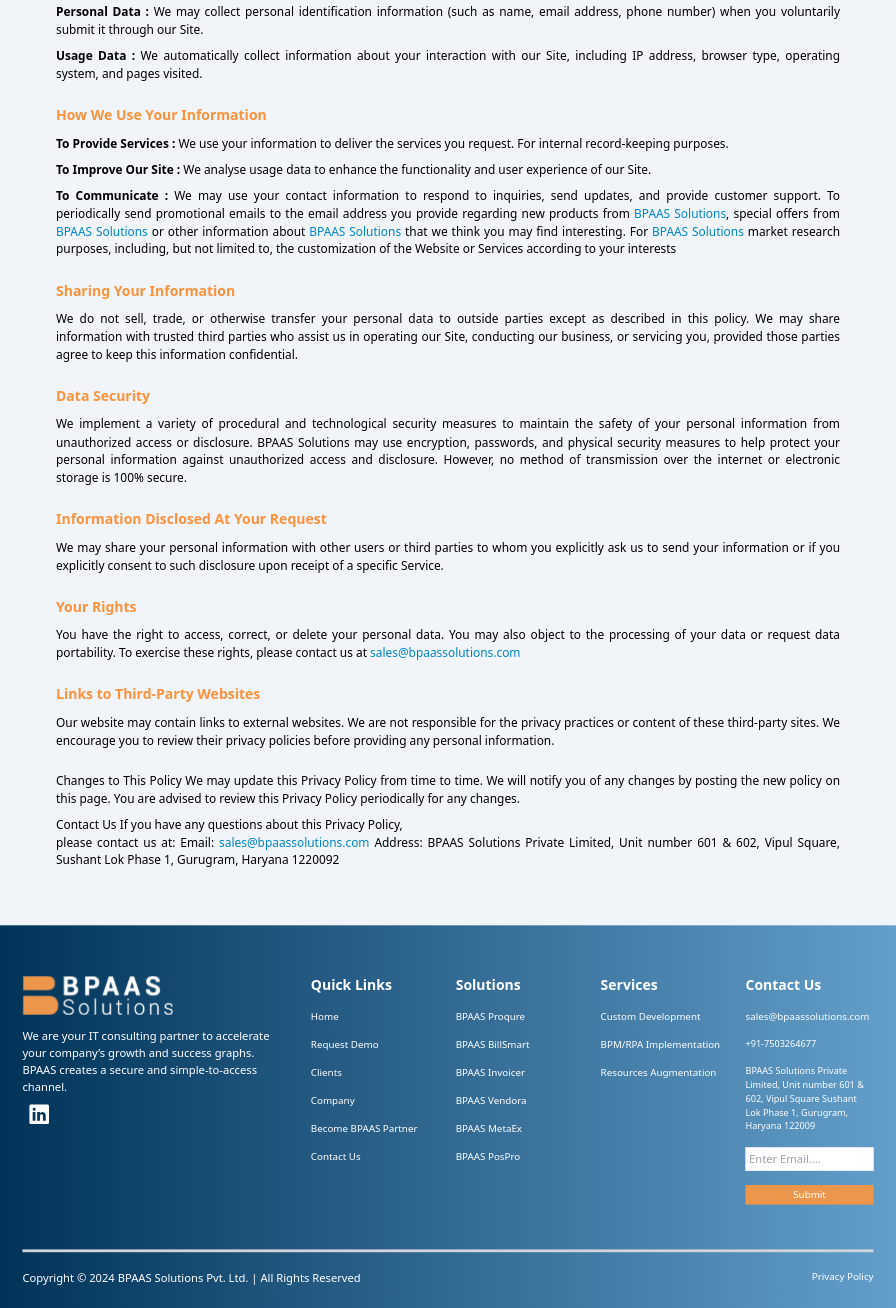
Repository: captainalpha/BP-Website
Page: /services/bp-services
An editor plug-in stored every save of this project. The page is shown before and after the next save, followed by the edit.
The browser window is 1280 px wide. The pictures show the part of the page from y = 1057 to 2977 px (the page is 2926 px tall before and 2977 px after), at 70% of full size.
The project was rebuilt for these pictures with package versions that can differ from the ones it lists, and the page was loaded fresh each time. The framework's server and built-in components were replaced by stand-ins that run in the browser. Also part of the build but not shown: next.config.js, components/common/TopBanner.js, components/common/SectionHeader.js.

Above is the page before, as saved 2024-08-13 16:08:30.

### pages/_app.js
import Navbar from "../components/common/Navbar";
import "../styles/globals.css";
import Footer from "../components/common/Footer";

import "swiper/css";
import "swiper/css/navigation";
import "swiper/css/pagination";



import { motion, AnimatePresence } from "framer-motion";
import CookiesMain from "../components/common/CookiesMain";

// import styles from './slider.module.scss'
function MyApp({ Component, pageProps, router }) {
  const spring = {
    type: "spring",
    damping: 20,
    stiffness: 100,
    when: "afterChildren",
  };
  return (
    <>
      <div className="z-50 scroll-smooth">
        <Navbar />
      </div>
      <AnimatePresence>
        <div className="page-transition-wrapper">
          <motion.div
            transition={spring}
            key={router.pathname}
            initial={{ y: -300, opacity: 0 }}
            animate={{ y: 0, opacity: 1 }}
            exit={{ y: 300, opacity: 0 }}
            id="page-transition-container"
          >
            <Component {...pageProps} /> <Footer />{" "}
            <CookiesMain/>
          </motion.div>
        </div>
      </AnimatePresence>
    </>
  );
}

export default MyApp;

### pages/services/bp-services.js
import TopBanner from "../../components/common/TopBanner";
import SectionHeader from "../../components/common/SectionHeader";
import TopBanner2 from "../../components/common/TopBanner2";
import Image from "next/image";
import Link from "next/link";

function BpServices() {
  return (
    <div>
      <div className="relative">
        <TopBanner2
          image={"/images/policy-service2.jpg"}
          title="Privacy Policy"
          discription="This Privacy Policy explains how we collect, use, disclose, and safeguard your information when you visit our website."
          btnShow={false}
        />
        <div className="absolute top-[1em] right-[10em]">
          <Image
            src="/images/privacypolicy2.png"
            className="w-1/2 mx-auto"
            width="500"
            height="500"
            alt="customer-developement"
          />
        </div>
      </div>

      <div className=" bg-slate-100  p-[5em]">
        <div className="container mx-auto max-w-6xl">
          <div className="text-left">
            <h1 className="lg:text-4xl text-3xl font-bold capitalize ">
              <span>Privacy</span>{" "}
              <span className="text-[#fb923c]">Statement</span>
            </h1>
          </div>

          <div className="mt-5">
            <p className="text-[17px] text-justify">
              Effective Date: 12th Aug 2024 <br />
              <br /> BPAAS Solutions Pvt. Ltd. (&ldquo;we,&rdquo;
              &ldquo;our,&rdquo; &ldquo;us&rdquo;) is committed to protecting
              your privacy. This Privacy Policy explains how we collect, use,
              disclose, and safeguard your information when you visit our
              website&nbsp;
              <Link passHref href="/">
                <a className="text-sky-600 hover:text-[#fb923c]">
                  bpaassolutions.com
                </a>
              </Link>
              . Please read this policy carefully to understand our views and
              practices regarding your personal data.
            </p>
          </div>

          <div className="mt-[2em]">
            <h1 className="text-[20px] font-bold text-[#fb923c]">
              Information We Collect
            </h1>
            <p className="text-[17px] text-justify mt-3">
              &ldquo;Personal data&rdquo; is defined to include information that
              whether on its own or in combination with other information may be
              used to readily identify or contact you such as: name, address,
              email address, phone number etc.
            </p>
            <p className="text-[17px] text-justify mt-3">
              <b>Personal Data :</b> We may collect personal identification
              information (such as name, email address, phone number) when you
              voluntarily submit it through our Site.
            </p>
            <p className="text-[17px] text-justify mt-3">
              <b>Usage Data :</b> We automatically collect information about
              your interaction with our Site, including IP address, browser
              type, operating system, and pages visited.
            </p>
          </div>

          <div className="mt-[2em]">
            <h1 className="text-[20px] font-bold text-[#fb923c]">
              How We Use Your Information
            </h1>
            <p className="text-[17px] text-justify mt-3">
              <b>To Provide Services :</b> We use your information to deliver
              the services you request. For internal record-keeping purposes.
            </p>
            <p className="text-[17px] text-justify mt-3">
              <b>To Improve Our Site :</b> We analyse usage data to enhance the
              functionality and user experience of our Site.
            </p>
            <p className="text-[17px] text-justify mt-3">
              <b>To Communicate :</b> We may use your contact information to
              respond to inquiries, send updates, and provide customer support.
              To periodically send promotional emails to the email address you
              provide regarding new products from&nbsp;
              <Link passHref href="/">
                <a className="text-sky-600 hover:text-[#fb923c]">
                  BPAAS Solutions
                </a>
              </Link>
              , special offers from{" "}
              <Link passHref href="/">
                <a className="text-sky-600 hover:text-[#fb923c]">
                  BPAAS Solutions
                </a>
              </Link>{" "}
              or other information about&nbsp;
              <Link passHref href="/">
                <a className="text-sky-600 hover:text-[#fb923c]">
                  BPAAS Solutions
                </a>
              </Link>{" "}
              that we think you may find interesting. For{" "}
              <Link passHref href="/">
                <a className="text-sky-600 hover:text-[#fb923c]">
                  BPAAS Solutions
                </a>
              </Link>{" "}
              market research purposes, including, but not limited to, the
              customization of the Website or Services according to your
              interests
            </p>
          </div>

          <div className="mt-[2em]">
            <h1 className="text-[20px] font-bold text-[#fb923c]">
              Sharing Your Information
            </h1>
            <p className="text-[17px] text-justify mt-3">
              We do not sell, trade, or otherwise transfer your personal data to
              outside parties except as described in this policy. We may share
              information with trusted third parties who assist us in operating
              our Site, conducting our business, or servicing you, provided
              those parties agree to keep this information confidential.
            </p>
          </div>

          <div className="mt-[2em]">
            <h1 className="text-[20px] font-bold text-[#fb923c]">
              Data Security
            </h1>
            <p className="text-[17px] text-justify mt-3">
              We implement a variety of procedural and technological security
              measures to maintain the safety of your personal information from
              unauthorized access or disclosure. BPAAS Solutions may use
              encryption, passwords, and physical security measures to help
              protect your personal information against unauthorized access and
              disclosure. However, no method of transmission over the internet
              or electronic storage is 100% secure.
            </p>
          </div>

          <div className="mt-[2em]">
            <h1 className="text-[20px] font-bold text-[#fb923c]">
              Information Disclosed At Your Request
            </h1>
            <p className="text-[17px] text-justify mt-3">
              We may share your personal information with other users or third
              parties to whom you explicitly ask us to send your information or
              if you explicitly consent to such disclosure upon receipt of a
              specific Service.
            </p>
          </div>

          <div className="mt-[2em]">
            <h1 className="text-[20px] font-bold text-[#fb923c]">
              Your Rights
            </h1>
            <p className="text-[17px] text-justify mt-3">
              You have the right to access, correct, or delete your personal
              data. You may also object to the processing of your data or
              request data portability. To exercise these rights, please contact
              us at&nbsp;
              <a
                className="text-sky-600 hover:text-[#fb923c]"
                href="mailto:sales@bpaassolutions.com"
              >
                sales@bpaassolutions.com
              </a>
            </p>
          </div>

          <div className="mt-[2em]">
            <h1 className="text-[20px] font-bold text-[#fb923c]">
              Links to Third-Party Websites
            </h1>
            <p className="text-[17px] text-justify mt-3">
              Our website may contain links to external websites. We are not
              responsible for the privacy practices or content of these
              third-party sites. We encourage you to review their privacy
              policies before providing any personal information.
            </p>
          </div>

          <div className="mt-[2em]">
            <p className="text-[17px] text-justify mt-3">
              Changes to This Policy We may update this Privacy Policy from time
              to time. We will notify you of any changes by posting the new
              policy on this page. You are advised to review this Privacy Policy
              periodically for any changes.
            </p>
            <p className="text-[17px] text-justify mt-3">
              Contact Us If you have any questions about this Privacy Policy,<br/>
              please contact us
               at: Email:{" "}
              <a
                className="text-sky-600 hover:text-[#fb923c]"
                href="mailto:sales@bpaassolutions.com"
              >
                sales@bpaassolutions.com
              </a>{" "}
              Address: BPAAS Solutions Private Limited, Unit number 601 & 602,
              Vipul Square, Sushant Lok Phase 1, Gurugram, Haryana 1220092
            </p>
          </div>
        </div>
      </div>
    </div>
  );
}

export default BpServices;

### styles/globals.css
@tailwind base;
@tailwind components;
@tailwind utilities;

.mySwiper {
  padding: 0 3rem;
}
.swiper-button-next {
  color: white;
  font-size: 20px !important;
}
.swiper-button-prev {
  color: white;
  font-size: 20px !important;
}
.swiper-button-prev:after {
  color: white;
  font-size: 20px !important;
}
.swiper-button-next:after {
  color: white;
  font-size: 20px !important;
}
.container-bpaas{
  max-width: 1100px;
}

/* .swiper-button-prev {

  background-image: url("data:[embedded picture, 251 characters]");
} */
.swiper-button-prev:after {

  border: 2px solid white;
  border-radius: 30%;
  /* width: 25%; */
  background: #ec964c;
  padding: 20%;
}
/* .swiper-button-next {
  background-image: url("data:[embedded picture, 251 characters]");
} */
.swiper-button-next:after {

  border: 2px solid white;
  border-radius: 30%;
  /* width: 25%; */
  background: #ec964c;
  padding: 20%;
}

@media only screen and (max-width: 600px) {
  .swiper-button-next:after {
    display: none;
  }
}
@media only screen and (max-width: 600px) {
  .swiper-button-prev:after {
    display: none;
  }
}




/*OEM Modal */
@layer utilities {
  @keyframes modalOpen {
    0% {
      clip-path: polygon(0 0, 0 0, 0 100%, 0 100%);
      opacity: 0;
    }
    100% {
      clip-path: polygon(0 0, 100% 0, 100% 100%, 0 100%);
      opacity: 1;
    }
  }

  @keyframes modalClose {
    0% {
      clip-path: polygon(0 0, 100% 0, 100% 100%, 0 100%);
      opacity: 1;
    }
    100% {
      clip-path: polygon(50% 0, 50% 0, 50% 100%, 50% 100%);
      opacity: 0;
    }
  }

  .animate-modalOpen {
    animation: modalOpen 0.5s forwards;
  }

  .animate-modalClose {
    animation: modalClose 0.5s forwards;
  }

  .custom-aspect-ratio {
    box-shadow: rgba(149, 157, 165, 0.2) 0px 8px 24px;
    aspect-ratio: 3 / 2;
  }
}

### components/common/CookiesMain.js
import { useState, useEffect } from 'react';
import Cookies from 'js-cookie';


const CookiesMain = () => {
    const [showBanner, setShowBanner] = useState(false);

  useEffect(() => {
    const consent = Cookies.get('cookie-consent');
    if (!consent) {
      setShowBanner(true);
    }
  }, []);

  const acceptCookies = () => {
    Cookies.set('cookie-consent', 'true', { expires: 365 });
    setShowBanner(false);
  };

  if (!showBanner) return null;
  return (
    <>

    <div className="fixed bottom-0 left-0 right-0 bg-gray-800 text-white p-4 flex justify-between items-center z-50">
      <span>We use cookies to improve your experience. By using our website, you agree to our cookie policy.</span>
      <button
        onClick={acceptCookies}
        className="bg-orange text-white px-4 md:px-10 py-2"
      >
        Accept
      </button>
    </div>

    </>
  )
}
export default CookiesMain

### components/common/TopBanner2.js
import Link from "next/link";
function TopBanner2({ image, title, discription, onClick,btnShow}) {
  return (
    <div
      style={{ backgroundImage: `url(${image})` }}
      className={`lg:h-[80vh] h-[60vh] mt-20 w-full text-white flex p-10 items-center bg-no-repeat bg-cover `}
    >
      <div className="space-y-4 lg:w-1/2  md:text-left">
        <h1 className="lg:text-5xl text-3xl font-bold capitalize ">{title}</h1>
        <p className="w-full lg:text-xl lg:text-justify tracking-tighter">
          {discription}
        </p>
    {btnShow&&(
        <Link passHref href="/request-demo">
          <button className="px-8 py-2  border-white border-2 hover:bg-orange font-medium text-xl">
            Request Demo
          </button>
        </Link>
    )}
      </div>
    </div>
  );
}

export default TopBanner2;

### tailwind.config.js
module.exports = {
  content: [
    "./pages/**/*.{js,ts,jsx,tsx}",
    "./components/**/*.{js,ts,jsx,tsx}",
  ],
  theme: {
    extend: {
      keyframes: {
        modalOpen: {
          '0%': { transform: 'scale(0)', opacity: 0 },
          '100%': { transform: 'scale(1)', opacity: 1 },
        },
        modalClose: {
          '0%': { transform: 'scale(1)', opacity: 1 },

        },
        fragmentIn: {
          '0%': { opacity: 0, transform: 'translate(-50px, -50px)' },
          '100%': { opacity: 1, transform: 'translate(0, 0)' },
        },
        fragmentOut: {
          '0%': { opacity: 1, transform: 'translate(0, 0)' },
          '100%': { opacity: 0, transform: 'translate(50px, 50px)' },
        },

      },
      animation: {
        modalOpen: 'modalOpen 0.5s ease-out forwards',
        modalClose: 'modalClose 0.5s ease-in forwards',
        fragmentIn: 'fragmentIn 0.5s ease-out forwards',
        fragmentOut: 'fragmentOut 0.5s ease-in forwards',
      },
      backgroundImage: {
        "testimonial-bg": "url('/img/hero-pattern.svg')",
        "testimonial-bgs": "url('/')",
      },
      colors: {
        primary: "#013358",
        secondary: "#639FCB",
        primaryText: "#1D669C",
        orange: "#EC964C",
        glassEffect:
          "linear-gradient(105.47deg, #FFFFFF -13.63%, rgba(255, 255, 255, 0) 108.8%)",
      },
      backgroundSize: {
        "size-200": "200% 200%",
      },
      backgroundPosition: {
        "pos-0": "0% 0%",
        "pos-100": "100% 100%",
      },
    },
    variants: {
      fill: ["hover", "focus"],
    },
    boxShadow: {
      "3xl": "0 35px 60px -15px rgba(0, 0, 0, 0.3)",
    },
  },
  plugins: [],
};

Loaded but not shown: components/common/Navbar.js (726 lines, source omitted); components/common/Footer.js (194 lines, source omitted)

After the next save:
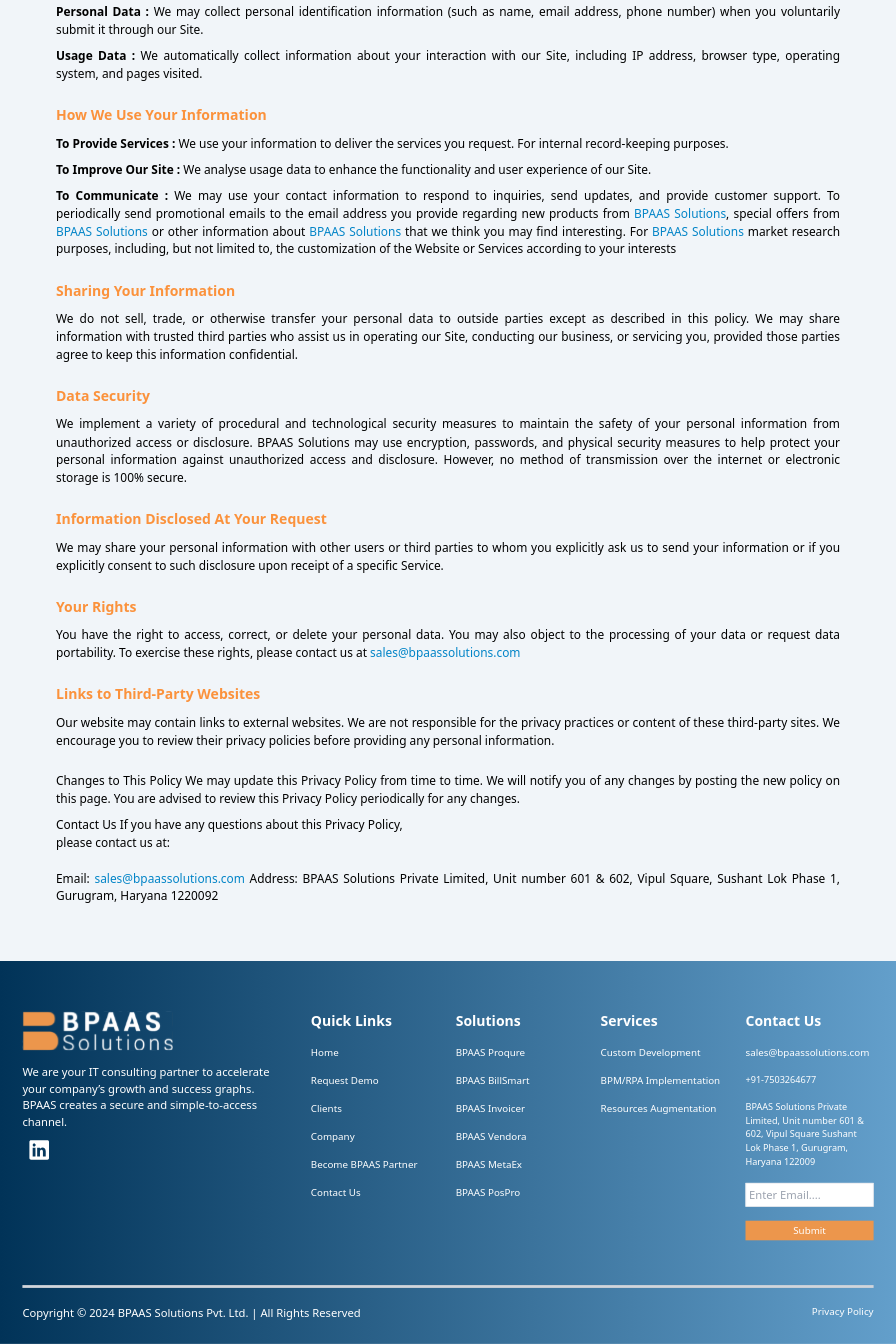
Saved 27 s later.
--- a/pages/services/bp-services.js
+++ b/pages/services/bp-services.js
@@ -199,8 +199,8 @@
             </p>
             <p className="text-[17px] text-justify mt-3">
               Contact Us If you have any questions about this Privacy Policy,<br/>
-              please contact us
-               at: Email:{" "}
+              please contact us at:
+              <br/><br/>Email:{" "}
               <a
                 className="text-sky-600 hover:text-[#fb923c]"
                 href="mailto:sales@bpaassolutions.com"
